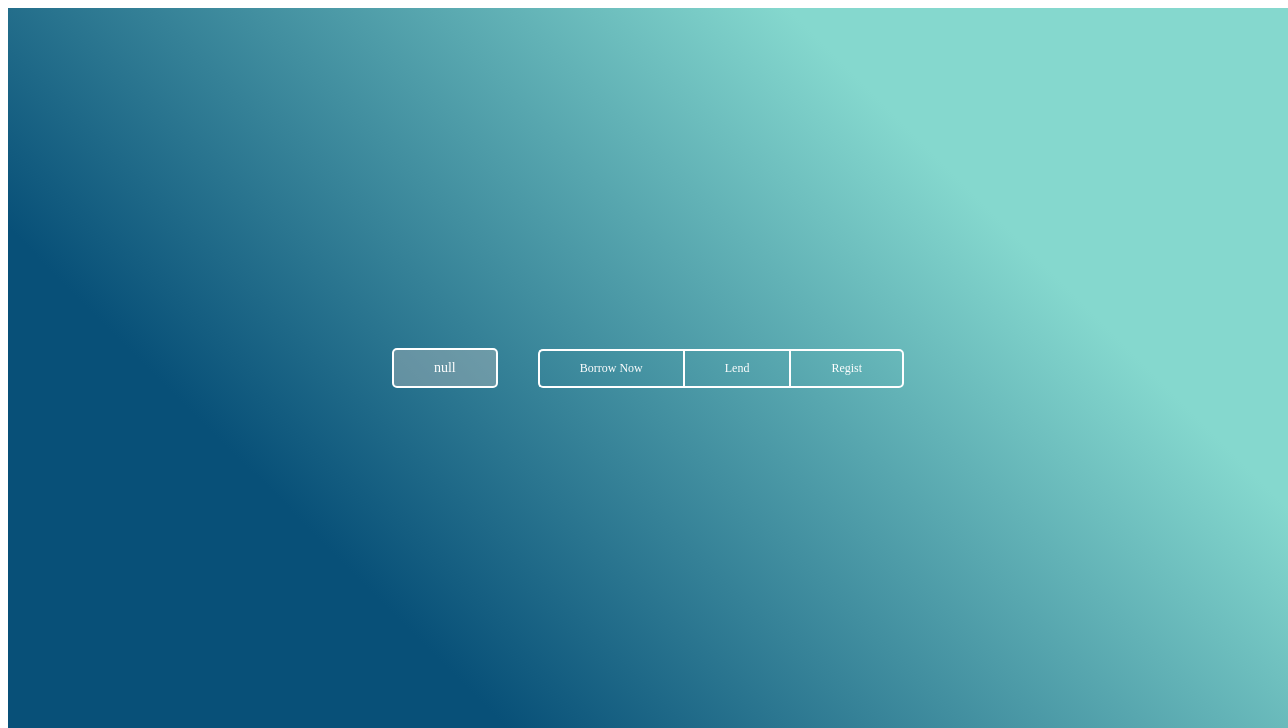
Repository: ysknsid25/mer
Page: http://localhost/library/view/menu.jsp
These files come from the project's save history. The page is drawn as it stood at one moment and after the next save; the edit follows.
The browser window is 1280 px wide. The page is 1288 px wide, so the pictures cover 1288 px, including what lies to the right of the window. The pictures show the whole page.
The page is served by Tomcat 9. Other server files are loaded and not shown.

Above is the page before, as saved 2018-11-19 12:11:33.

### mer/library/WebContent/view/menu.jsp
<%@ page language="java" contentType="text/html; charset=UTF-8"
	pageEncoding="UTF-8"%>
<%@page import="util.StringUtil"%>
<%@page import="util.StringQuery"%>

<!DOCTYPE html PUBLIC "-//W3C//DTD HTML 4.01 Transitional//EN" "http://www.w3.org/TR/html4/loose.dtd">
<head>
<title>Mer</title>
<link href='<%=StringUtil.MENUCSS%>' rel='stylesheet' type='text/css' />
<meta charset="<%=StringUtil.SET_ENCODING %>" />
<meta name="viewport" content="width=device-width, initial-scale=1.0" />
</head>
<body>
	<div class="container">

		<div class="btn-user">
			<a><%=session.getAttribute(StringQuery.USERNAME) %></a>
		</div>

		<ul class="btn-tab">
			<li class="btn"><a
				href="<%=StringUtil.KASHIDASHI + StringUtil.CONTROLLER %>">Borrow
					Now</a></li>
			<li class="btn"><a
				href="<%=StringUtil.SEARCHALL + StringUtil.CONTROLLER %>">Lend</a></li>
			<li class="btn"><a
				href="<%=StringUtil.REGIST + StringUtil.CONTROLLER %>">Regist</a></li>
		</ul>


		<br />

		<!--
    <div>
    <form action="<%=StringUtil.TWITTER_SEARCH + StringUtil.CONTROLLER %>" method="post">
      <input type="text" name="searchTarget" />
      <input type="submit" name="submit" name="検索" />
      </form>
    </div>
-->
</body>
</html>

### mer/library/WebContent/stylesheet/menu.css
html, body, .container {
  width: 100%;
  height: 100%;
}

.container {
  align-items: center;
  display: flex;
  justify-content: center;
  overflow: visible !important;
  background: -webkit-linear-gradient(45deg, #085078 25%, #85d8ce 75%);
  background: -moz-linear-gradient(45deg, #085078 25%, #85d8ce 75%);
  background: -ms-linear-gradient(45deg, #085078 25%, #85d8ce 75%);
  background: -o-linear-gradient(45deg, #085078 25%, #85d8ce 75%);
  background: linear-gradient(45deg, #085078 25%, #85d8ce 75%);

}

ul {
  list-style: none;
}

.btn-user{

  font-size: 14px;
  display: inline-block;
  padding: 10px 40px;
  transition: 0.2s;
  text-decoration: none;
  color: white;
  border: 2px solid white;
  border-radius: 5px;
  background: rgba( 192, 192, 192, 0.4 );

}

.btn a{

font-size: 14px;
display: inline-block;
padding: 10px 40px;
transition: 0.2s;
text-decoration: none;
color: white;
border: 2px solid white;
background: transparent;

}

.btn-tab .btn {

float: left;
margin: 0;

}

.btn-tab .btn a{

font-size: 12px;
border-radius: 0;

}

.btn-tab .btn:not(:last-child) a{

border-right: none;

}

.btn-tab .btn:first-child a {

border-radius: 5px 0 0 5px;

}

.btn-tab .btn:last-child a {

border-radius: 0 5px 5px 0;

}

.btn:hover{

background-color: white;
border-radius: 5px;

}

After the next save:
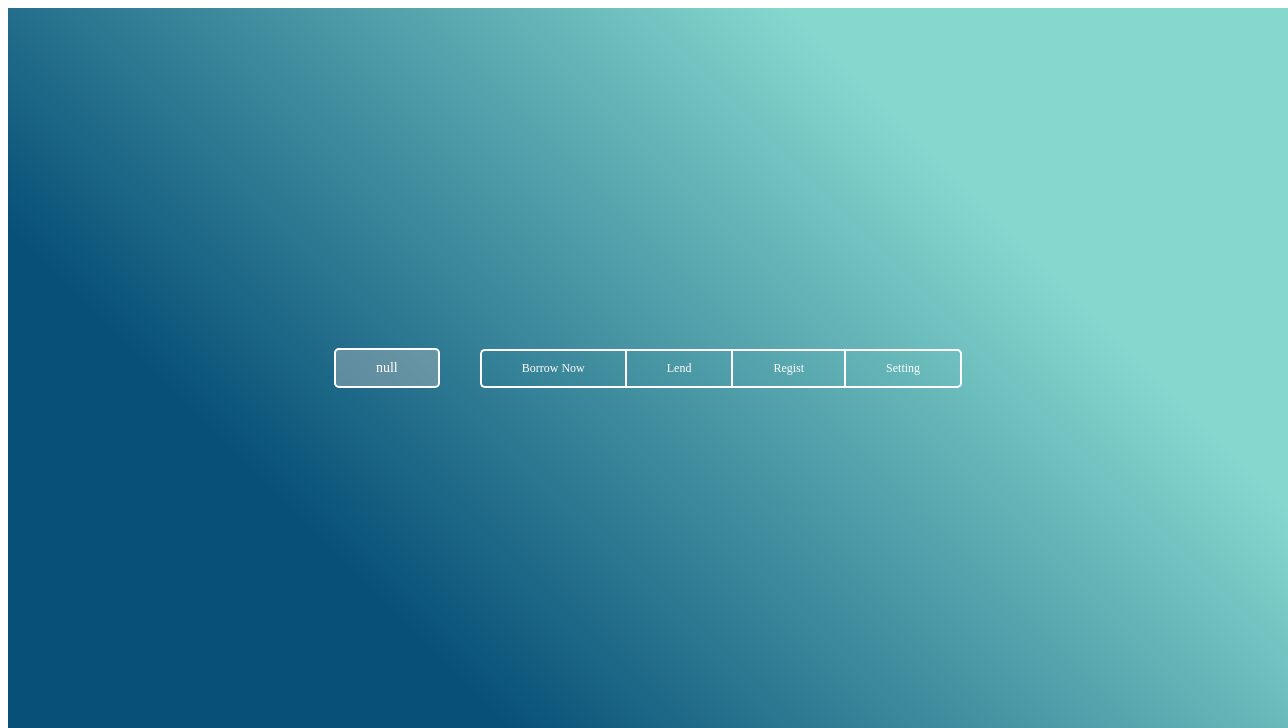
Saved 5 min 49 s later.
--- a/mer/library/WebContent/view/menu.jsp
+++ b/mer/library/WebContent/view/menu.jsp
@@ -25,6 +25,8 @@
 				href="<%=StringUtil.SEARCHALL + StringUtil.CONTROLLER %>">Lend</a></li>
 			<li class="btn"><a
 				href="<%=StringUtil.REGIST + StringUtil.CONTROLLER %>">Regist</a></li>
+			<li class="btn"><a
+				href="<%=StringUtil.REGIST + StringUtil.CONTROLLER %>">Setting</a></li>
 		</ul>
 
 
